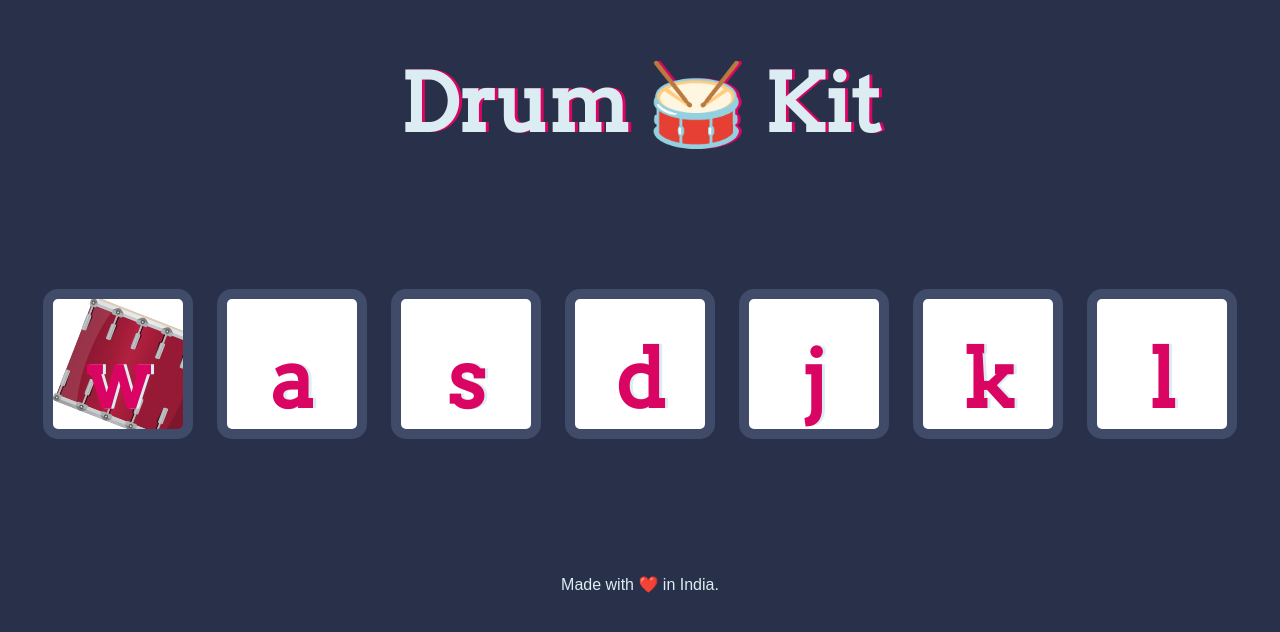
Repository: whattosay/DrumKit
Page: index.html
An editor plug-in stored every save of this project. The page is shown before and after the next save, followed by the edit.
The browser window is 1280 px wide. The pictures show the whole page.

Above is the page before, as saved 2020-08-25 23:52:00.

### index.html
<!DOCTYPE html>
<html lang="en" dir="ltr">

<head>
  <meta charset="utf-8">
  <title>Drum Kit</title>
  <link rel="stylesheet" href="styles.css">
  <link href="https://fonts.googleapis.com/css?family=Arvo" rel="stylesheet">
</head>

<body>

  <h1 id="title">Drum 🥁 Kit</h1>
  <div class="set">
    <button class="w drum">w</button>
    <button class="a drum">a</button>
    <button class="s drum">s</button>
    <button class="d drum">d</button>
    <button class="j drum">j</button>
    <button class="k drum">k</button>
    <button class="l drum">l</button>
  </div>


  <script src="index.js"></script>

  <footer>
    Made with ❤️ in India.
  </footer>
</body>

</html>

### styles.css
body {
  text-align: center;
  background-color: #283149;
}

h1 {
  font-size: 5rem;
  color: #DBEDF3;
  font-family: "Arvo", cursive;
  text-shadow: 3px 0 #DA0463;

}

footer {
  color: #DBEDF3;
  font-family: sans-serif;
}

.w {
  background: url("images/tom1.png");
}

.a {

}

.s {

}

.d {

}

.j {

}

.k {

}

.l {

}

.set {
  margin: 10% auto;
}

.game-over {
  background-color: red;
  opacity: 0.8;
}

.pressed {
  box-shadow: 0 3px 4px 0 #DBEDF3;
  opacity: 0.5;
}

.red {
  color: red;
}

.drum {
  outline: none;
  border: 10px solid #404B69;
  font-size: 5rem;
  font-family: 'Arvo', cursive;
  line-height: 2;
  font-weight: 900;
  color: #DA0463;
  text-shadow: 3px 0 #DBEDF3;
  border-radius: 15px;
  display: inline-block;
  width: 150px;
  height: 150px;
  text-align: center;
  margin: 10px;
  background-color: white;
}

### index.js
var numberOfDrunButtons = document.querySelectorAll(".drum").length;

for ( var i=0; i < numberOfDrunButtons; i++){
    document.querySelectorAll(".drum")[i].addEventListener("click", function(){
        var buttonInnerHTML = this.innerHTML;
        makesound(buttonInnerHTML);

    });
}

document.addEventListener("keypress",function(event){
    makesound(event.key)
})


function makesound(key){
    switch (key) {
        case "w":
            var tom1 = new Audio('sounds/tom-1.mp3');
            tom1.play();
            break;
        case 'a':
            var tom2 = new Audio("sounds/tom-2.mp3");
            tom2.play();
            break;
        case 's':
            var tom3 = new Audio("sounds/tom-3.mp3");
            tom3.play();
            break;
        case 'd':
            var tom4 = new Audio("sounds/tom-4.mp3");
            tom4.play();
            break;
        case 'j':
            var snare = new Audio("sounds/snare.mp3");
            snare.play();
            break;
        case 'k':
            var crash = new Audio("sounds/crash.mp3");
            crash.play();
            break;
        case 'l':
            var kick_bass = new Audio("sounds/kick-bass.mp3");
            kick_bass.play();
            break;
        default: console.log(buttonInnerHTML);

    }

}

After the next save:
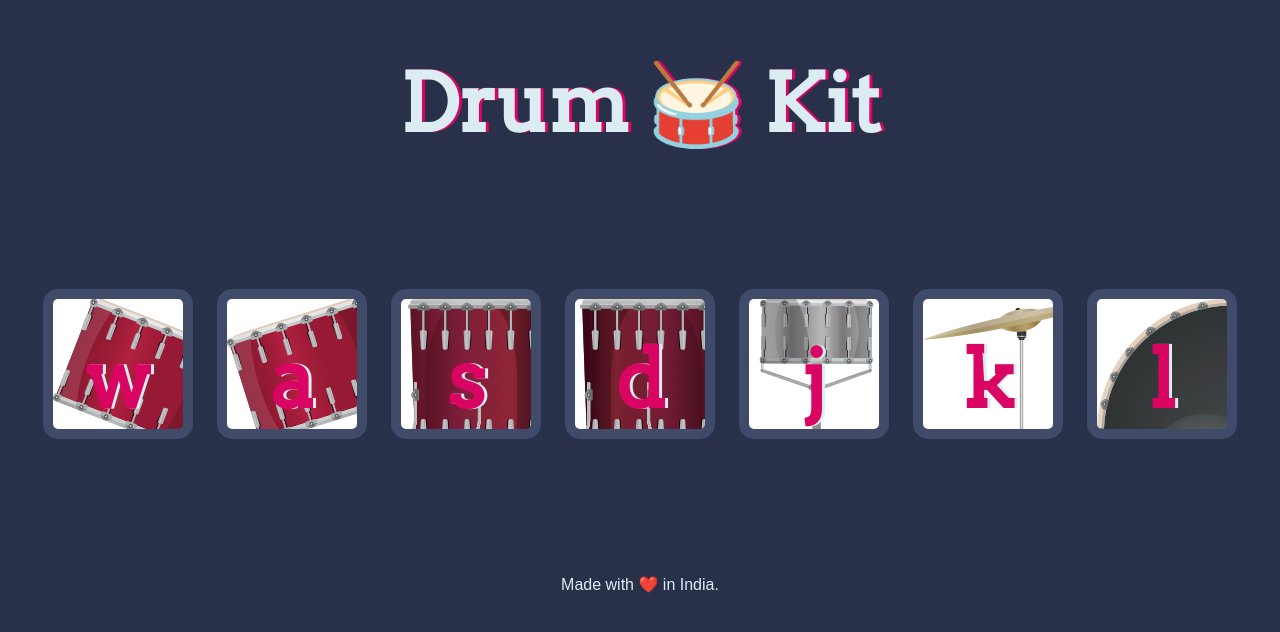
Saved 98 s later.
--- a/styles.css
+++ b/styles.css
@@ -21,27 +21,27 @@ footer {
 }
 
 .a {
-
+  background: url("images/tom2.png");
 }
 
 .s {
-
+  background: url("images/tom3.png");
 }
 
 .d {
-
+  background: url("images/tom4.png");
 }
 
 .j {
-
+  background: url("images/snare.png");
 }
 
 .k {
-
+  background: url("images/crash.png");
 }
 
 .l {
-
+  background: url("images/kick.png");
 }
 
 .set {
